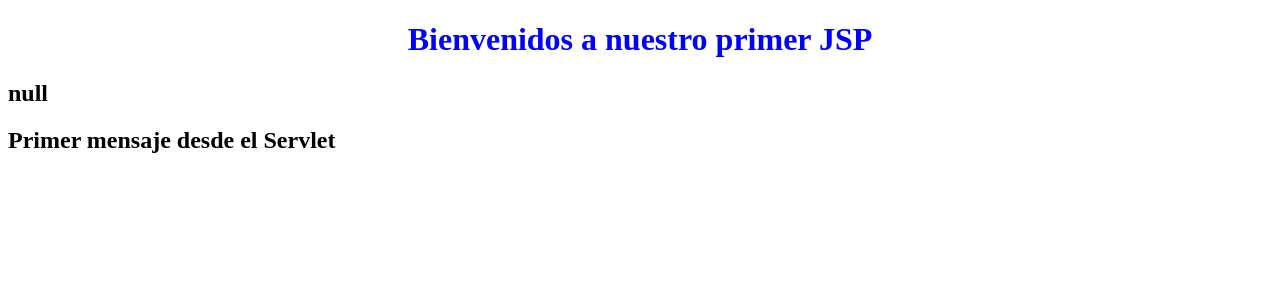
Repository: Pablosky971/Ejercicio-4.-Proyecto-Web
Page: http://localhost/01_Web/FormularioJSPServlet
An editor plug-in stored every save of this project. The page is shown before and after a run of saves, followed by the edit.
The browser window is 1280 px wide. The pictures show the whole page.
The page is served by Tomcat 9. Other server files are loaded and not shown.

Above is the page before, as saved 2022-03-10 11:24:30.

### 01_Web/src/main/webapp/resultadoFormulario2.jsp
<%@ page language="java" contentType="text/html; charset=ISO-8859-1"
    pageEncoding="ISO-8859-1"%>
<!DOCTYPE html>
<!-- Un JSP es un SERVLET -->
<html>
<head>
<meta charset="UTF-8">
<title>Insert title here</title>
<link rel="stylesheet" href="css/estilos.css">
</head>
<body>
	<h1>Bienvenidos a nuestro primer JSP</h1>
	<!-- Scriptlets -->
	<%
		String nombre = request.getParameter("nombre");
		String mensaje = (String) request.getAttribute("m1");
	%>

	<h2><%=nombre %></h2>
	<h2><%=mensaje %></h2>
</body>
</html>

### 01_Web/src/main/java/servlets/FormularioJSPServlet.java
package servlets;

import java.io.IOException;

import javax.servlet.RequestDispatcher;
import javax.servlet.ServletException;
import javax.servlet.annotation.WebServlet;
import javax.servlet.http.HttpServlet;
import javax.servlet.http.HttpServletRequest;
import javax.servlet.http.HttpServletResponse;

import modelo.entidad.Persona;


@WebServlet("/FormularioJSPServlet")
public class FormularioJSPServlet extends HttpServlet {
	private static final long serialVersionUID = 1L;


	protected void doGet(HttpServletRequest request, HttpServletResponse response) throws ServletException, IOException {
		String nombre = request.getParameter("nombre"); // igual que el name del formulario
		String apellido = request.getParameter("apellido");
		String sPeso = request.getParameter("peso"); // Siempre son Strings

		int iPeso = 0;
		if(sPeso != null && !sPeso.equals("")) {
			iPeso = Integer.parseInt(sPeso); // Parseamos para que sea un int.
		}

		Persona p = new Persona();
		p.setNombre(nombre);
		p.setApellido(apellido);
		p.setPeso(iPeso);

		String mensaje = "Primer mensaje desde el Servlet";

		// Podemos decir al servlet donde queremos ir para mostrar la información
		RequestDispatcher rd = request.getRequestDispatcher("resultadoFormulario2.jsp");
		request.setAttribute("m1", mensaje);
		request.setAttribute("num", 5);
		request.setAttribute("p1", p);

		// Ejecutamos acción de ir
		rd.forward(request, response);
	}
	protected void doPost(HttpServletRequest request, HttpServletResponse response) throws ServletException, IOException {

		doGet(request, response);
	}

}

### 01_Web/src/main/java/modelo/entidad/Persona.java
package modelo.entidad;

public class Persona {

	private String nombre;
	private String apellido;
	private int peso;









	public Persona() {
		super();
	}


	public String getNombre() {
		return nombre;
	}
	public void setNombre(String nombre) {
		this.nombre = nombre;
	}
	public String getApellido() {
		return apellido;
	}


	public void setApellido(String apellido) {
		this.apellido = apellido;
	}


	public int getPeso() {
		return peso;
	}


	public void setPeso(int peso) {
		this.peso = peso;
}

	@Override
	public String toString() {
		return "Persona [nombre=" + nombre + ", apellido=" + apellido + ", peso=" + peso + "]";
	}
	}

### 01_Web/src/main/webapp/css/estilos.css
h1 {
	color: blue;
	text-align: center;
}

After the next 2 saves:
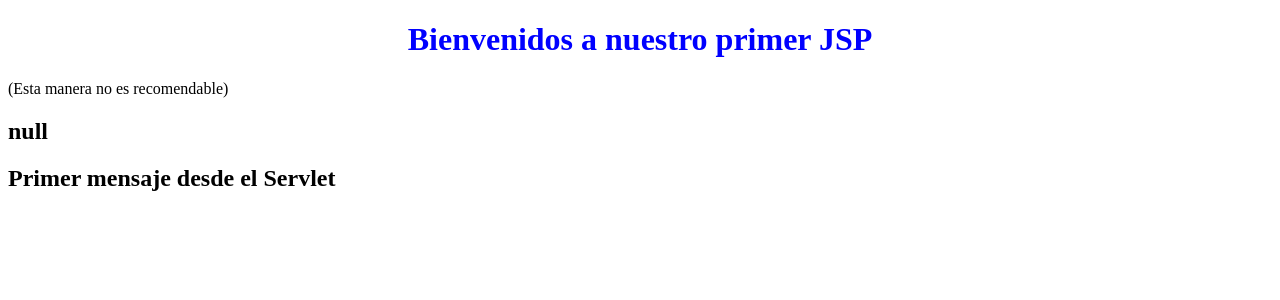
The 2 saves are shown as one change because they came seconds apart.
The last was saved 13 s later.
--- a/01_Web/src/main/webapp/resultadoFormulario2.jsp
+++ b/01_Web/src/main/webapp/resultadoFormulario2.jsp
@@ -10,7 +10,7 @@
 </head>
 <body>
 	<h1>Bienvenidos a nuestro primer JSP</h1>
-	<!-- Scriptlets -->
+	<!-- Scriptlets --> (Esta manera no es recomendable)
 	<%
 		String nombre = request.getParameter("nombre");
 		String mensaje = (String) request.getAttribute("m1");

After the 2 saves that followed:
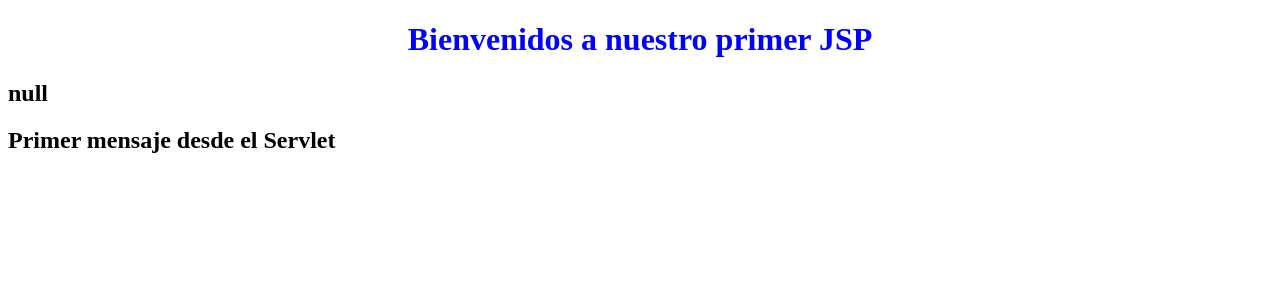
The 2 saves are shown as one change because they came seconds apart.
The last was saved 6 s later.
--- a/01_Web/src/main/webapp/resultadoFormulario2.jsp
+++ b/01_Web/src/main/webapp/resultadoFormulario2.jsp
@@ -10,7 +10,7 @@
 </head>
 <body>
 	<h1>Bienvenidos a nuestro primer JSP</h1>
-	<!-- Scriptlets --> (Esta manera no es recomendable)
+	<!-- Scriptlets  (Esta manera no es recomendable)-->
 	<%
 		String nombre = request.getParameter("nombre");
 		String mensaje = (String) request.getAttribute("m1");
